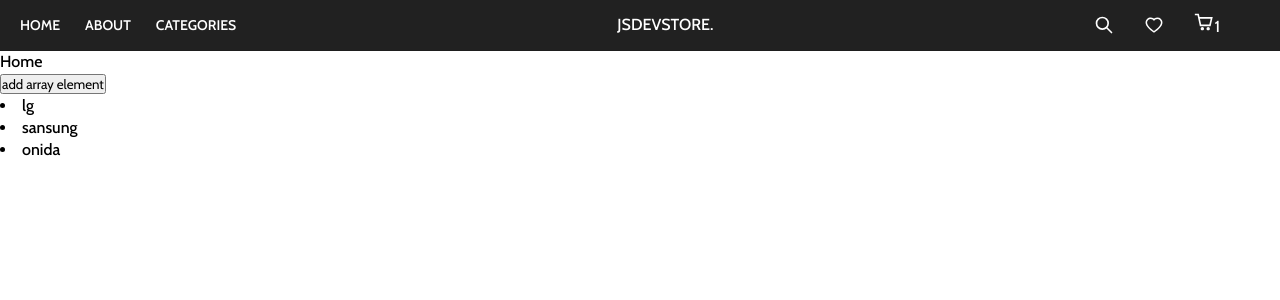
Repository: suraj-yadav7/ecommerce
Page: /
An editor plug-in stored every save of this project. The page is shown before and after the next save, followed by the edit.
The browser window is 1280 px wide. The pictures show the whole page.
The project was rebuilt for these pictures with package versions that can differ from the ones it lists, and the page was loaded fresh each time. Also part of the build but not shown: src/components/Home/Home.scss, src/components/Category/Category.scss, src/components/Category/Category.jsx, src/components/SingleProduct/SingleProduct.scss, src/components/SingleProduct/SingleProduct.jsx, src/App.scss, src/components/Header/Search/Search.scss, src/components/Header/Search/Search.jsx and 2 more.

Above is the page before, as saved 2023-06-16 15:10:29.

### src/index.jsx
import React from 'react';
import ReactDOM from 'react-dom/client';
import './index.scss';
import App from './App';
import { Provider } from 'react-redux';
import store from './store/store';

const root = ReactDOM.createRoot(document.getElementById('root'));
root.render(
<Provider store={store}>
    <App />
</Provider>
);

### src/App.jsx
import React from 'react';
import { BrowserRouter as Router, Routes, Route } from 'react-router-dom';
import Home from "./components/Home/Home"
import Category from "./components/Category/Category"
import SingleProduct from "./components/SingleProduct/SingleProduct"
import './App.scss';
import Header from './components/Header/Header';

function App() {
  return (
   <>
   <Router>
    <Header/>
    <Routes>
        <Route exact path="/" element={<Home/>} />
        <Route exact path="/category/:id" element={<Category/>} />
        <Route exact path="/product/:id" element={<SingleProduct/>} />
    </Routes>
   </Router>
   </>
  );
}

export default App;

### src/store/store.jsx
import { configureStore } from "@reduxjs/toolkit";
import productSlice from "./slices/productSlice";


const store = configureStore({
    reducer:{
        product:productSlice
    }
})

export default store;

### src/components/Home/Home.jsx
import { useDispatch, useSelector } from "react-redux";
import "./Home.scss";
import { addElement } from "../../store/slices/productSlice";


const Home = () => {
    const dispatch = useDispatch()
    const data = useSelector((state)=> state.product.data)
    return(
     <>
     <div>Home</div>
     <button onClick={()=>dispatch(addElement("sonyBravia"))}>add array element</button>
        <div className="list">
     {

        data.map((elem,index)=>(
            <li key={index}>{elem}</li>
        ))

    }
        </div>
     </>


    )
};

export default Home;

### src/components/Header/Header.jsx
import "./Header.scss";
import Search from "./Search/Search"
import Cart from "../Cart/Cart"
import { TbSearch } from "react-icons/tb"
import { CgShoppingCart } from "react-icons/cg"
import { AiOutlineHeart } from "react-icons/ai"
import "./Header.scss"

const Header = () => {
    return (
        <>
            <header className="main-header">
                <div className="header-content">
                    <ul className="left" >
                        <li>Home</li>
                        <li>About</li>
                        <li>Categories</li>
                    </ul>
                    <div className="center"> JSDEVSTORE.</div>
                    <div className="right">
                        <TbSearch />
                        <AiOutlineHeart />
                        <span className="cart-icon">
                            <CgShoppingCart />1
                        </span>
                    </div>
                </div >
            </header >
        </>
    )
};

export default Header;

### src/store/slices/productSlice.jsx
import { createSlice } from "@reduxjs/toolkit";

const productSlice = createSlice({
    name:"productSlice",
    initialState:{
        data:["lg", "sansung", "onida"],
        loading:false,
        error:null
    },

    reducers:{
        addElement:(state, action)=>{
            state.data.push(action.payload)
        },

    },

    extraReducers:{

    }


})

export default productSlice.reducer

export const {addElement}= productSlice.actions;

### src/components/Header/Header.scss
@import "../../css-config/mixins.scss";

.main-header {
    width: 100%;
    padding: 0 20px;
    background-color:#212121;
    color: white;
    border-bottom: 1px solid rgba(0, 0, 0, 0.1);
    z-index: 99;
    .header-content {
    display: flex;
    justify-content: space-between;
    align-items: center;
    height: 50px;
    max-width: 1200px;
    .left {
        list-style-type: none;
        display: flex;
        gap: 25px;
        li{
            font-size: 14px;
            font-weight: 600;
            text-transform: uppercase;
            cursor: pointer;
        }
    }
    •center {
        font-size: 22px;
        font-weight: 700;
        cursor: pointer;
    }
    .right {
        display: flex;
        align-items: center;
        gap: 30px;
        svg{
            font-size: 20px;
            cursor: pointer;
        }
        .cart-icon{
            position: relative;
            span{
                min-width: 20px;
                text-align: center;
                background-color: #8e2de2;
                padding: 2.5px;
                position: absolute;
                top: -5px;
                right: -12px;
                font-size: 12px;
                line-height: 1;
                border-radius: 10px;

            }
        }
    }

    }
}

Loaded but not shown: public/index.html (common file); src/index.scss (common file); src/css-config/mixins.scss (common file)

After the next save:
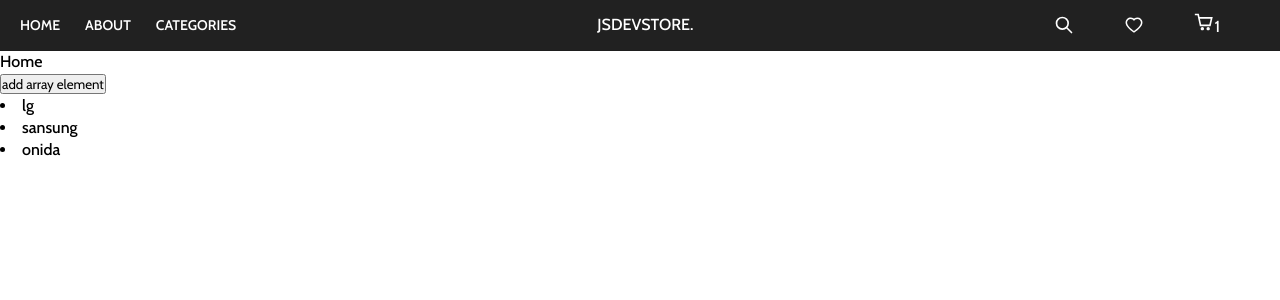
Saved 5 s later.
--- a/src/components/Header/Header.scss
+++ b/src/components/Header/Header.scss
@@ -32,7 +32,7 @@
     .right {
         display: flex;
         align-items: center;
-        gap: 30px;
+        gap: 50px;
         svg{
             font-size: 20px;
             cursor: pointer;
